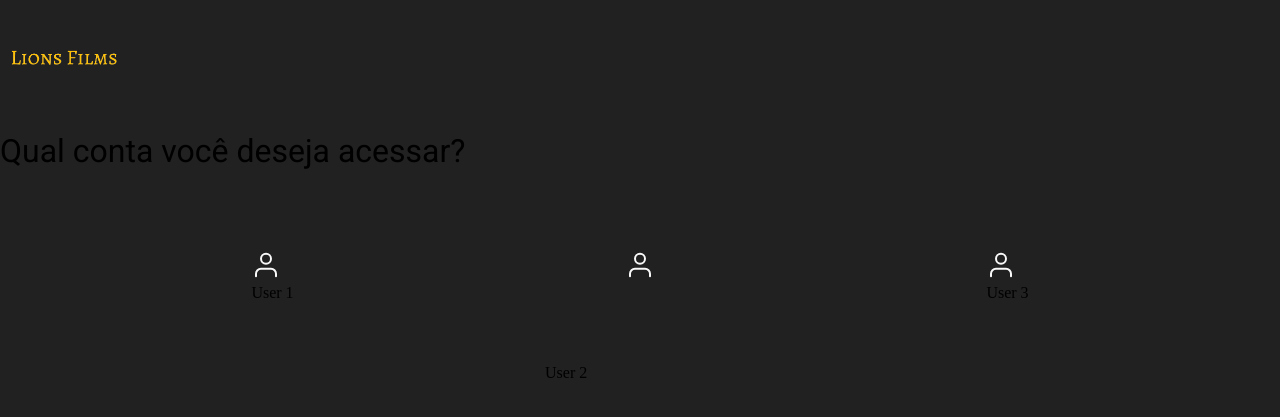
Repository: Leonngc/streaming-project
Page: index.html
These files come from the project's save history. The page is drawn as it stood at one moment and after a run of saves; the edit follows.
The browser window is 1280 px wide. The pictures show the whole page.
The style sheet was rebuilt from its Sass, Less or Tailwind sources for each picture, by a compiler version that may differ from the author's.

Above is the page before, as saved 2023-09-02 12:39:37.

After the next 2 saves:
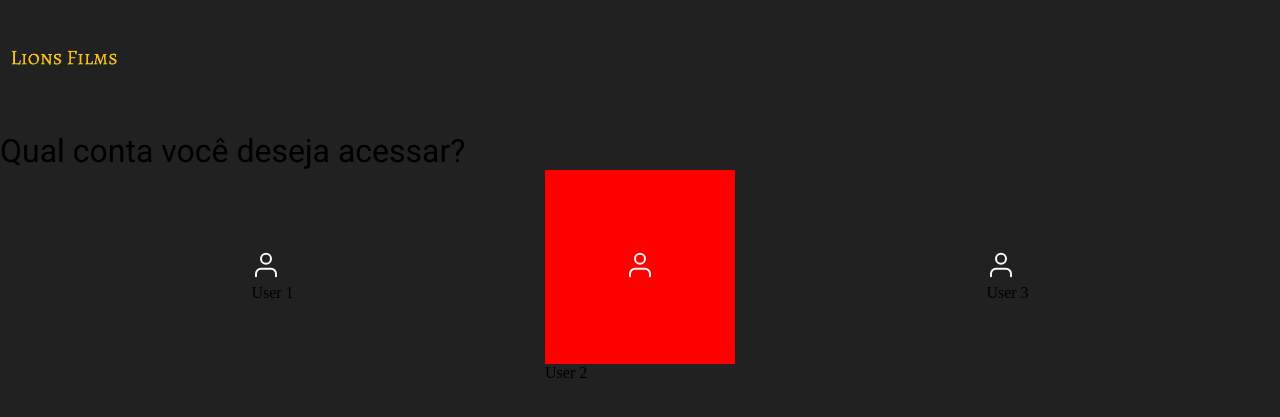
The 2 saves are shown as one change because they came seconds apart.
The last was saved 10 s later.
--- a/index.html
+++ b/index.html
@@ -18,7 +18,7 @@
                 <span>User 1</span>
             </div>
             <div class="users">
-                <div class="user-img p-5"><a href=""><img src="streaming-assets/user.svg" alt=""></a></div>
+                <div class="user-img p-5" style="background-color: red;"><a href=""><img src="streaming-assets/user.svg" alt=""></a></div>
                 <Span>User 2</Span>
             </div>
             <div class="users">
